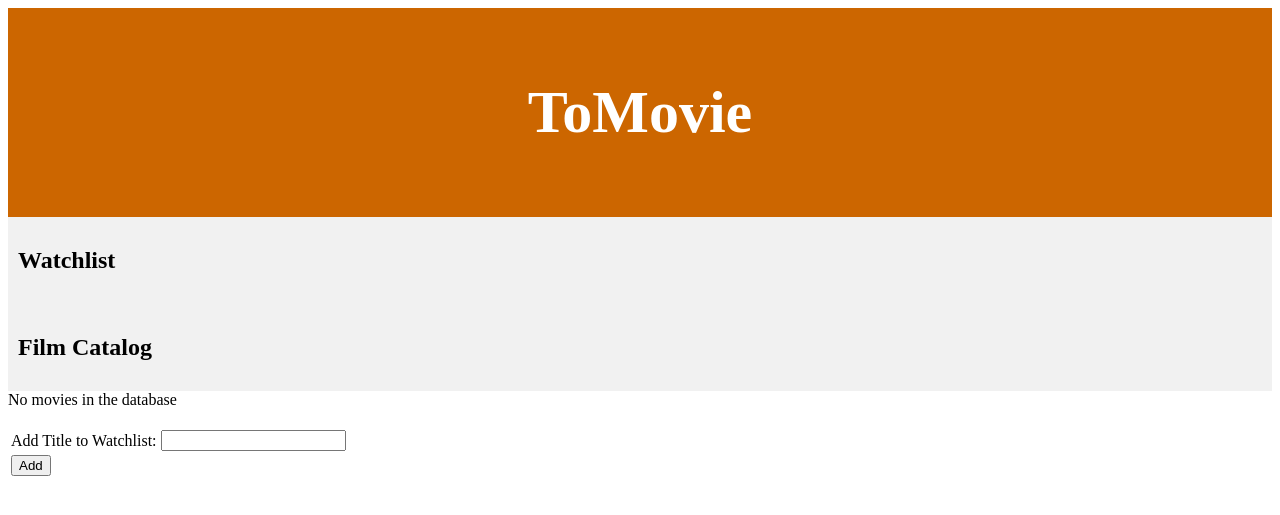
Repository: dannie-su-sjsu/CS157A-team6
Page: http://localhost/ToMovie/movie.jsp
These files come from the project's save history. The page is drawn as it stood at one moment and after the next save; the edit follows.
The browser window is 1280 px wide. The pictures show the whole page.
The page is served by Tomcat 9. Queries for data that is not in the repository find no rows.

Above is the page before, as saved 2023-07-16 04:17:38.

After the next save:
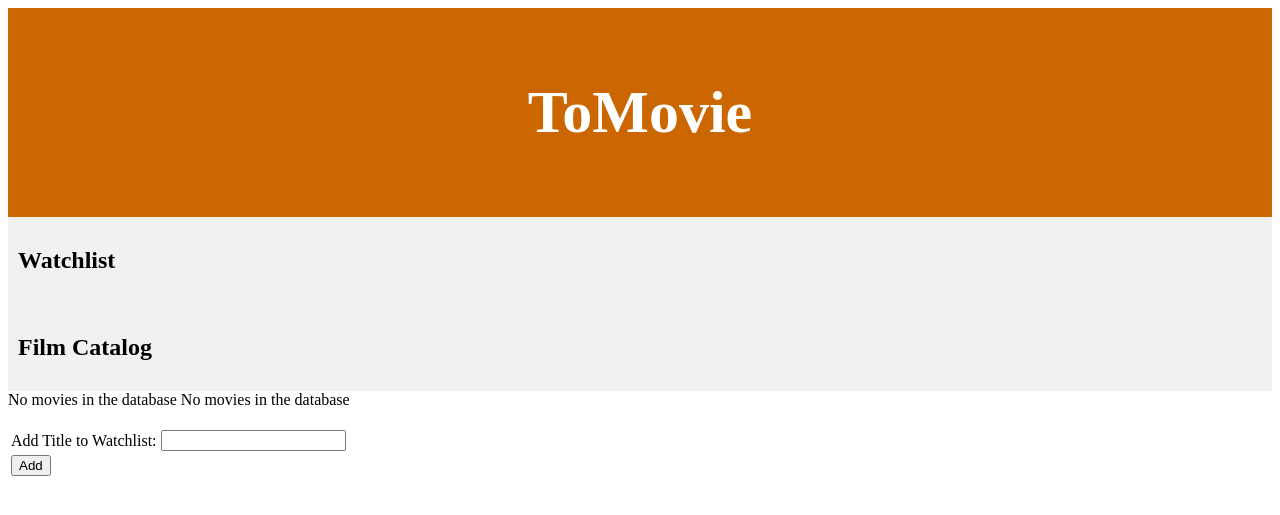
Saved 2 min 41 s later.
--- a/ToMovie/src/main/webapp/movie.jsp
+++ b/ToMovie/src/main/webapp/movie.jsp
@@ -18,6 +18,32 @@
 Class.forName("com.mysql.cj.jdbc.Driver");
 Connection con = DriverManager.getConnection("jdbc:mysql://localhost:3306/cs157aprojectteam6","root","Halo4mlg!");
 %>
+
+<%
+//*** DISPLAYING WATCHLIST ***///
+try{
+	PreparedStatement displayW = con.prepareStatement("SELECT * FROM cs157aprojectteam6.Movie");
+	ResultSet showDisplayW = displayW.executeQuery();
+	if(showDisplayW.next()==false){
+		out.println("No movies in the database");
+	}
+	else{%>
+		<div class= "table_mod1">
+			<table>
+			<tr><th>Queue</th><th>Title</th><th>Status</th></tr> <%
+			do
+			{ %>
+				<tr><td><%= showDisplayW.getString(1) %></td><td><%= showDisplayW.getString(2) %></td><td><%= showDisplayW.getString(3) %></td></tr><%
+			}while(showDisplayW.next());%>
+			</table>
+		</div><%
+	}
+}
+catch(Exception e){
+	e.getStackTrace();
+}
+%>
+
 
 <%//*** DISPLAYING MOVIE TABLE ***///
 try{
